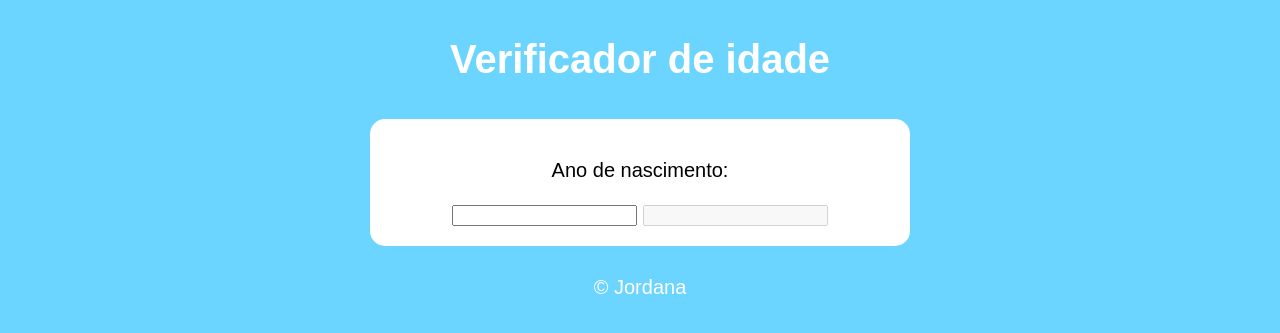
Repository: Iamjordana/Curso-JavaScript
Page: desafio/d02/index.html
The author's editor kept a copy of each file at every save. The page is drawn from the files as they stood at one save, then again after the next save.
The browser window is 1280 px wide. The pictures show the whole page.

Above is the page before, as saved 2025-02-20 13:38:30.

### desafio/d02/index.html
<!DOCTYPE html>
<html lang="pt-br">
<head>
    <meta charset="UTF-8">
    <meta name="viewport" content="width=device-width, initial-scale=1.0">
    <title>Modelo Exercicio 2</title>
    <link rel="stylesheet" href="style.css">
</head>
<body>
    <header>
        <h1>Verificador de idade</h1>
    </header>
    <section>
        <div>
           <p>Ano de nascimento:</p>
           <input type="number" name="txtano" id="txtano" min="0">
           <input type="text" name="res" id="res" disabled>
        </div>
        <div id="res">

        </div>
    </section>
    <footer>
        <p>&copy; Jordana</p>
    </footer>
    <script src="script.js"></script>
</body>
</html>

### desafio/d02/style.css
@charset "UTF-8";

body {
  font: normal 15pt Arial, sans-serif;
  background-color: #6bd5ff;
  margin: 0;
  padding: 0;
}

header {
  color: white;
  text-align: center;
  padding: 10px 0;
}

div {
  margin: 0 auto;
  width: 80%;
  text-align: center;
}

section {
  background-color: white;
  padding: 20px;
  border-radius: 15px;
  width: 500px;
  margin: auto;
}

footer {
  color: #ffffff;
  text-align: center;
  padding: 10px 0;
  border-radius: 15px;
}

Loaded but not shown: desafio/d02/script.js (no copy from this time; the picture is the same without it)

After the next save:
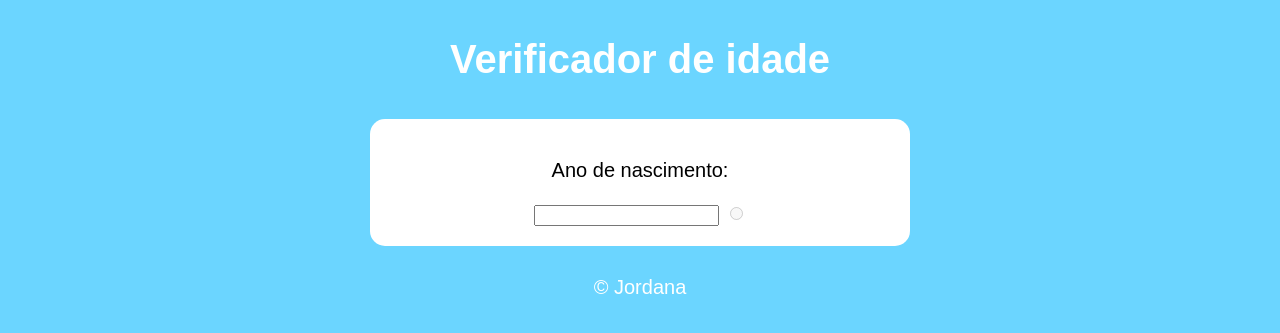
Saved 5 s later.
--- a/desafio/d02/index.html
+++ b/desafio/d02/index.html
@@ -14,7 +14,7 @@
         <div>
            <p>Ano de nascimento:</p>
            <input type="number" name="txtano" id="txtano" min="0">
-           <input type="text" name="res" id="res" disabled>
+           <input type="radio" name="res" id="res" disabled>
         </div>
         <div id="res">
 
